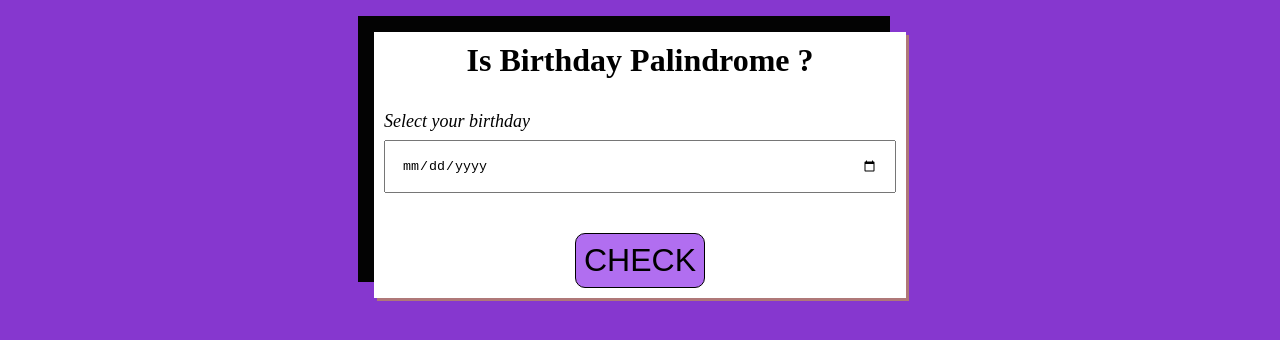
Repository: patelamancode/Palindrome-Birthday
Page: index.html
The author's editor kept a copy of each file at every save. The page is drawn from the files as they stood at one save, then again after the next save.
The browser window is 1280 px wide. The pictures show the whole page.

Above is the page before, as saved 2022-12-02 20:01:57.

### index.html
<!DOCTYPE html>
<html lang="en">
<head>
    <meta charset="UTF-8">
    <meta http-equiv="X-UA-Compatible" content="IE=edge">
    <meta name="viewport" content="width=device-width, initial-scale=1.0">
    <link rel="stylesheet" href="index.css">
    <title>Is Birthday A Palindrome</title>
</head>
<body>
    <div id="main-container">
        <h1>Is Birthday Palindrome ?</h1>
        <label for="birth date">Select your birthday</label>
        <input type="date" id="selected-dob" />
        <button id="check-btn">CHECK</button>
        <h2 id="result-display">Hey Result is here</h2>
    </div>
    <script src="index.js"></script>
</body>
</html>

### index.css
* {
    margin: 0;
    padding: 0;
  }
  body {
    background-color: rgb(134, 55, 207);
  }

  #main-container {
    background-color: white;
    display: flex;
    flex-direction: column;
    width: 40vw;
    margin: auto;
    margin-top: 2rem;
    padding: 10px;
    text-align: center;
    box-shadow: 3px 3px rgb(175, 120, 120), -1em -1em rgb(3, 3, 3);
  }

  .app-title {
    margin: 2rem 0;
  }

  label {
    width: auto;
    text-align: left;
    font-style: italic;
    font-size: large;
    margin-top: 2rem;
    margin-bottom: 0.5rem;
  }

  input{
     padding: 1rem;
  }

  button {
    margin: auto;
    margin-top: 2.5rem;
    padding: 0.5rem;
    font-size: 2rem;
    font-weight: 500;
     font-weight: 300;
    border: 1px solid;
    background-color: rgb(177, 110, 240);
    border-radius: 10px;
  }
  #result-display {
    display: none;
    padding-top: 1rem;
    font-style: italic;
    margin: auto;
  }

### index.js
var dob = document.querySelector('#selected-dob');
var checkBtn = document.querySelector('#check-btn');
var result = document.querySelector('#result-display');

function reverseString(str) {
    return str.split("").reverse().join("");
}

function isPalindrome(str) {
    return str === reverseString(str);
}

function dateString(date) {
    var dateStr = {
        day: "",
        month: "",
        year: ""
    };
    if (date.day < 10) dateStr.day = "0" + date.day;
    else dateStr.day = date.day.toString();

    if (date.month < 10) dateStr.month = "0" + date.month;
    else dateStr.month = date.month.toString();

    dateStr.year = date.year.toString();
    return dateStr;
}

function dateAllVariations(date) {
    var ddmmyyyy = date.day + date.month + date.year;
    var mmddyyyy = date.month + date.day + date.year;
    var yyyymmdd = date.year + date.month + date.day;
    var ddmmyy = date.day + date.month + date.year.slice(-2);
    var mmddyy = date.month + date.day + date.year.slice(-2);
    var yymmdd = date.year.slice(-2) + date.month + date.day;

    return [ddmmyyyy, mmddyyyy, yyyymmdd, ddmmyy, mmddyy, yymmdd];
}

function checkPalindromesForAllDateFormats(date) {
    var listOfDates = dateAllVariations(date);
    var flag = false;

    for (let i = 0; i < listOfDates.length; i++)
        if (isPalindrome(listOfDates[i])) {
            flag = true;
            break;
        }
    return flag;
}

function isLeapYear(year) {
    if ((year % 4 === 0 && year % 100 !== 0) || year % 400 === 0) return true;
    return false;
}

function getNextDate(date) {
    var daysInMonths = [31, 28, 31, 30, 31, 30, 31, 31, 30, 31, 30, 31];

    var day = date.day + 1;
    var month = date.month;
    var year = date.year;

    if (month === 2)
        if (isLeapYear(year)) {
            if (day > 29) {
                day = 1;
                month = 3;
            }
        } else {
            if (day > 28) {
                day = 1;
                month = 3;
            }
        }
    else {
        if (day > daysInMonths[month - 1]) {
            day = 1;
            month++;
        }
    }

    if (month > 12) {
        day = 1;
        month = 1;
        year++;
    }
    return {
        day: day,
        month: month,
        year: year,
    };
}

function getPreviousDate(date) {
    var daysInMonths = [31, 28, 31, 30, 31, 30, 31, 31, 30, 31, 30, 31];

    var day = date.day - 1;
    var month = date.month;
    var year = date.year;

    if (month === 3)
        if (isLeapYear(year)) {
            if (day === 0) {
                day = 29;
                month = 2;
            }
        } else {
            if (day === 0) {
                day = 28;
                month = 2;
            }
        }
    else {
        if (day === 0) {
            month--;
            day = daysInMonths[month - 1];
        }
    }

    if (month === 0) {
        day = 31;
        month = 12;
        year--;
    }
    return {
        day: day,
        month: month,
        year: year,
    };
}

function getNextPalindrome(date) {
    var count = 0;
    var nextDate = getNextDate(date);

    while (1) {
        count++;
        var dateStr = dateString(nextDate);
        if (checkPalindromesForAllDateFormats(dateStr)) break;
        nextDate = getNextDate(nextDate);
    }
    return [count, nextDate];
}

function getLastPalindrome(date) {
    var count = 0;
    var previousDate = getPreviousDate(date);

    while (1) {
        count++;
        var dateStr = dateString(previousDate);
        if (checkPalindromesForAllDateFormats(dateStr)) break;
        previousDate = getPreviousDate(previousDate);
    }
    return [count, previousDate];
}

function forNearestPalindromeDate(date) {
    let dateInputValue = dob.value;
    let dateValue = dateInputValue.split('-');
    var date = {
        day: Number(dateValue[2]),
        month: Number(dateValue[1]),
        year: Number(dateValue[0])
    }

    let dateAsStr = dateString(date);
    let birthdayCheck = checkPalindromesForAllDateFormats(dateAsStr);

    if (birthdayCheck) {
        result.style.display = "flex";
        result.innerText = "Yoo !! Birthday is Palindrome.. Let's Party hard 🎉🎉";
    } else {
        let nextPalindromeDate = getNextPalindrome(date);
        let lastPalindromeDate = getLastPalindrome(date);

        let nextDays = nextPalindromeDate[0];
        let nextStrDate = dateString(nextPalindromeDate[1]);

        let lastDays = lastPalindromeDate[0];
        let lastStrDate = dateString(lastPalindromeDate[1]);

        // console.log(nextStrDate, lastStrDate);

        if(nextDays < lastDays){
            result.style.display = "flex";
            result.innerText = `Opps !! your are lagging with ${nextDays} days, and the next palindrome date is ${(nextStrDate.day)}/${(nextStrDate.month)}/${(nextStrDate.year)}, So please go and complain your parents 🤪`;
        }
        else{
            result.style.display = "flex";
            result.innerText = `Opps !! your are leading with ${lastDays} days, and the previous palindrome date is ${(lastStrDate.day)}/${(lastStrDate.month)}/${(lastStrDate.year)}, So please go and complain your parents 🤪`;
        }
    }

}

checkBtn.addEventListener('click', forNearestPalindromeDate);

After the next save:
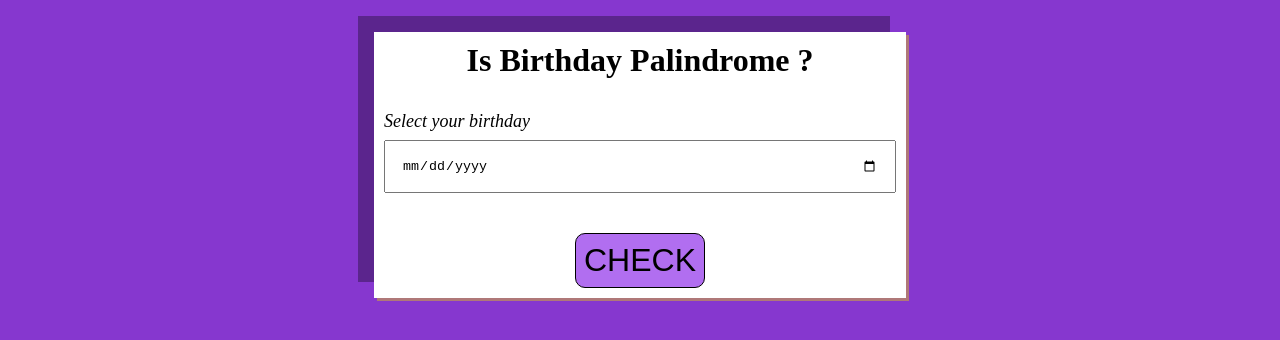
Saved 7 s later.
--- a/index.css
+++ b/index.css
@@ -15,7 +15,7 @@
     margin-top: 2rem;
     padding: 10px;
     text-align: center;
-    box-shadow: 3px 3px rgb(175, 120, 120), -1em -1em rgb(3, 3, 3);
+    box-shadow: 3px 3px rgb(175, 120, 120), -1em -1em rgba(3, 3, 3, 0.322);
   }
 
   .app-title {
